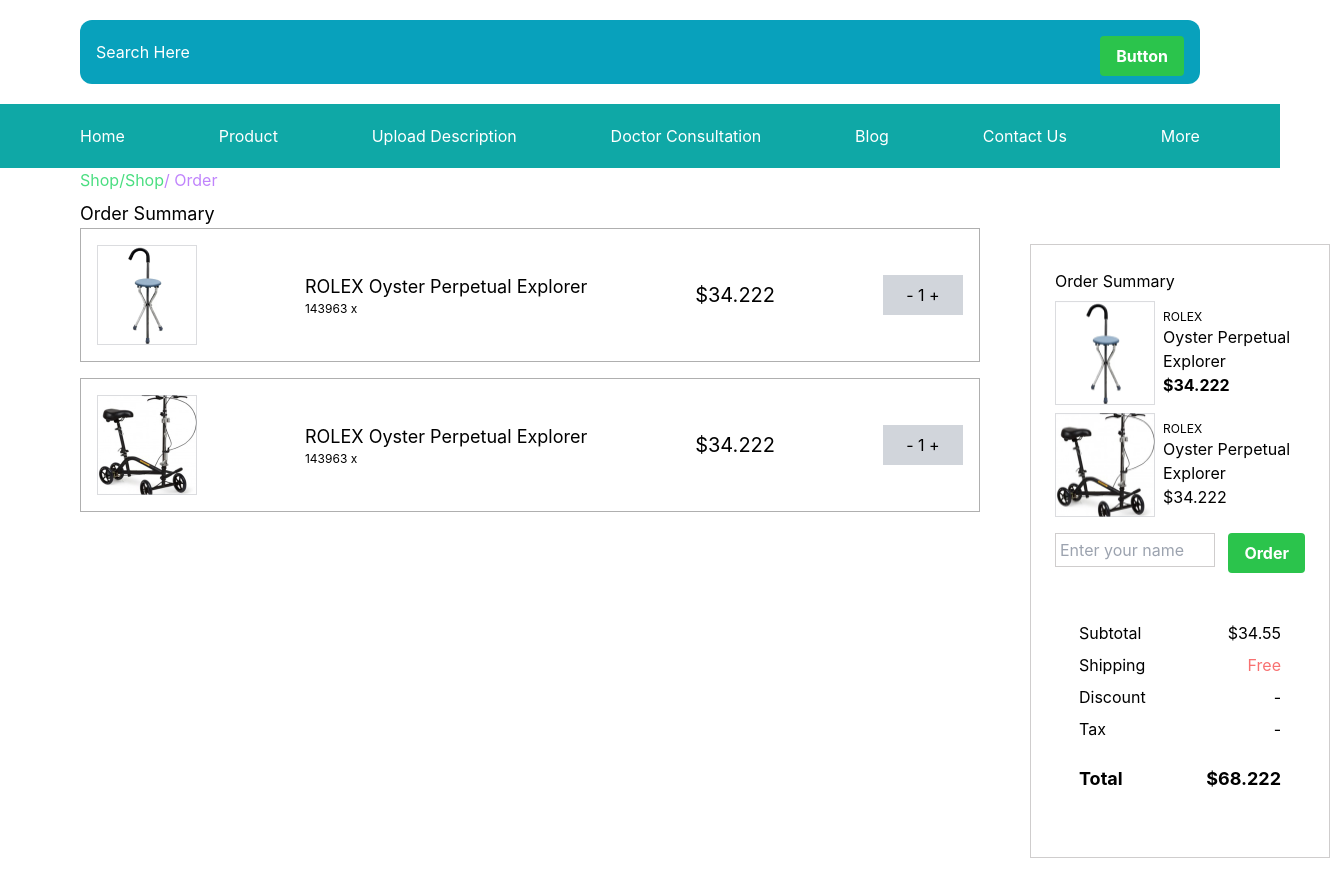
Repository: arafatmollah/pharma
Page: /
These files come from the project's save history. The page is drawn as it stood at one moment and after a run of saves; the edit follows.
The browser window is 1280 px wide. The page is 1330 px wide, so the pictures cover 1330 px, including what lies to the right of the window. The pictures show the whole page.
The project was rebuilt for these pictures with package versions that can differ from the ones it lists, and the page was loaded fresh each time.

Above is the page before, as saved 2023-03-12 23:46:59.

### src/App.js

import './App.css';
import Nav from './Nav';
import Order from './Order';

function App() {
  return (
    <div className="App">
      <Nav></Nav>
      <Order></Order>
    </div>
  );
}

export default App;

### src/App.css
.box-border{
    background-color: #08A1BC;
}
.btn {
    @apply font-bold py-2 px-4 rounded;
    background-color: #2BC44C;
    color: white;
  }
  .btn-blue {
    @apply bg-blue-500 text-white;
  }
  .btn-blue:hover {
    @apply bg-blue-700;
  }
.nav{
    background-color: #0FA8A6;
}
.order{
    border: 1px solid rgb(175, 175, 175);
    border: 100%;
}
.list{
  display: grid;
  grid-template-columns: 900px 300px;
  grid-gap: 50px;
}
.form{
  border: 1px solid rgb(207, 205, 205);
  padding: 4px;
}
lr{
  border-top: 1px sold gray;
}
.summary{
  border: 1px solid rgb(207, 205, 205);
}

### src/Nav.js
import React from 'react'
import './App.css';
import { BsSearch } from 'react-icons/fa';

function Nav() {
  return (
    <div>
        <div className='box-border h-16 w-100 p-4 mx-20 my-5 rounded-xl'>
          <div className='flex justify-between align-middle'>
                <p className='text-white mt-1'>Search Here</p>
                <button class="btn mb-1"> Button</button>
          </div>
        </div>
        <div className='box-border h-16 w-100 nav'>
            <div className='flex mx-20 items-center justify-between text-white'>
            <div className='mt-5'>Home</div>
            <div className='mt-5'> Product</div>
            <div className='mt-5'>Upload Description</div>
            <div className='mt-5'>Doctor Consultation</div>
            <div className='mt-5'>Blog</div>
            <div className='mt-5'>Contact Us</div>
            <div className='mt-5'>More</div>
            </div>
        </div>
    </div>
  )
}

export default Nav

### src/Order.js
import React from 'react'
import img from './images/img.png'
import im from './images/im.png'


function order() {
  return (
    <div>
        <div className='flex mx-20'>
            <p className='text-green-400'>Shop</p>
            <p className='text-green-400'>/Shop</p>
            <p className='text-purple-400'>/ Order</p>
        </div>
        <div className='mt-2 mx-20'>
          <h3 className='text-lg'>Order Summary</h3>
        </div>
        <div className='mx-20 list'>
          <div>
          <div className='flex border-box p-4 w-100 order justify-center items-center justify-between'>
            <div>
              <img src={img}></img>
            </div>
            <div>
              <h1 className='text-lg'>ROLEX Oyster Perpetual Explorer</h1>
              <p className='text-xs'>143963 x</p>
            </div>
            <div>
              <h3 className='text-xl'>$34.222</h3>
            </div>
            <div className='bg-gray-300 h-10 w-20 flex justify-center items-center'>
                - 1 +
              </div>
          </div>
          <div className='flex border-box p-4 order mt-4 justify-between justify-center items-center'>
            <div>
              <img src={im}></img>
            </div>
            <div>
              <h1 className='text-lg'>ROLEX Oyster Perpetual Explorer</h1>
              <p className='text-xs'>143963 x</p>
            </div>
            <div>
              <h3 className='text-xl'>$34.222</h3>
            </div>
            <div>
              <div className='bg-gray-300 h-10 w-20 flex justify-center items-center'>
                - 1 +
              </div>
            </div>
          </div>
          </div>
          <div className='summary p-6 my-4'>
            Order Summary
          <div className='flex justify-between my-2'>
            <img src={img}></img>
            <div className='mx-2 my-2'>
              <p className='text-xs'>ROLEX</p>
              <h3>Oyster Perpetual Explorer</h3>
              <p className='font-bold'>$34.222</p>
            </div>
          </div>
          <div className='flex justify-between my-2'>
            <img src={im}></img>
            <div className='m-2'>
              <p className='text-xs'>ROLEX</p>
              <h3>Oyster Perpetual Explorer</h3>
              <p>$34.222</p>
            </div>
          </div>
          <div className='flex justify-between mt-4'>
            <form>
              <input type={Text} className="form w-40" placeholder="Enter your name"></input>
            </form>
            <button className='btn'>Order</button>
          </div>
          <div className='my-4 p-6'>
            <div className='flex justify-between my-2'>
              <p>Subtotal</p>
              <p>$34.55</p>
            </div>
            <div className='flex justify-between'>
              <p>Shipping</p>
              <p className='text-red-400'>Free</p>
            </div>
            <div className='flex justify-between my-2'>
              <p>Discount</p>
              <p>-</p>
            </div>
            <div className='flex justify-between'>
              <p>Tax</p>
              <p>-</p>
            </div>
            <div className='flex justify-between'>
              <lr></lr>
            </div><div className='flex justify-between mt-6'>
              <p className='text-lg font-bold'>Total</p>
              <p className='text-lg font-bold'>$68.222</p>
            </div>

          </div>
        </div>
        </div>

    </div>
  )
}

export default order

Loaded but not shown: public/index.html (common file); src/index.js (common file); src/index.css (common file); src/reportWebVitals.js (common file); tailwind.config.js (common file)

After the next 3 saves:
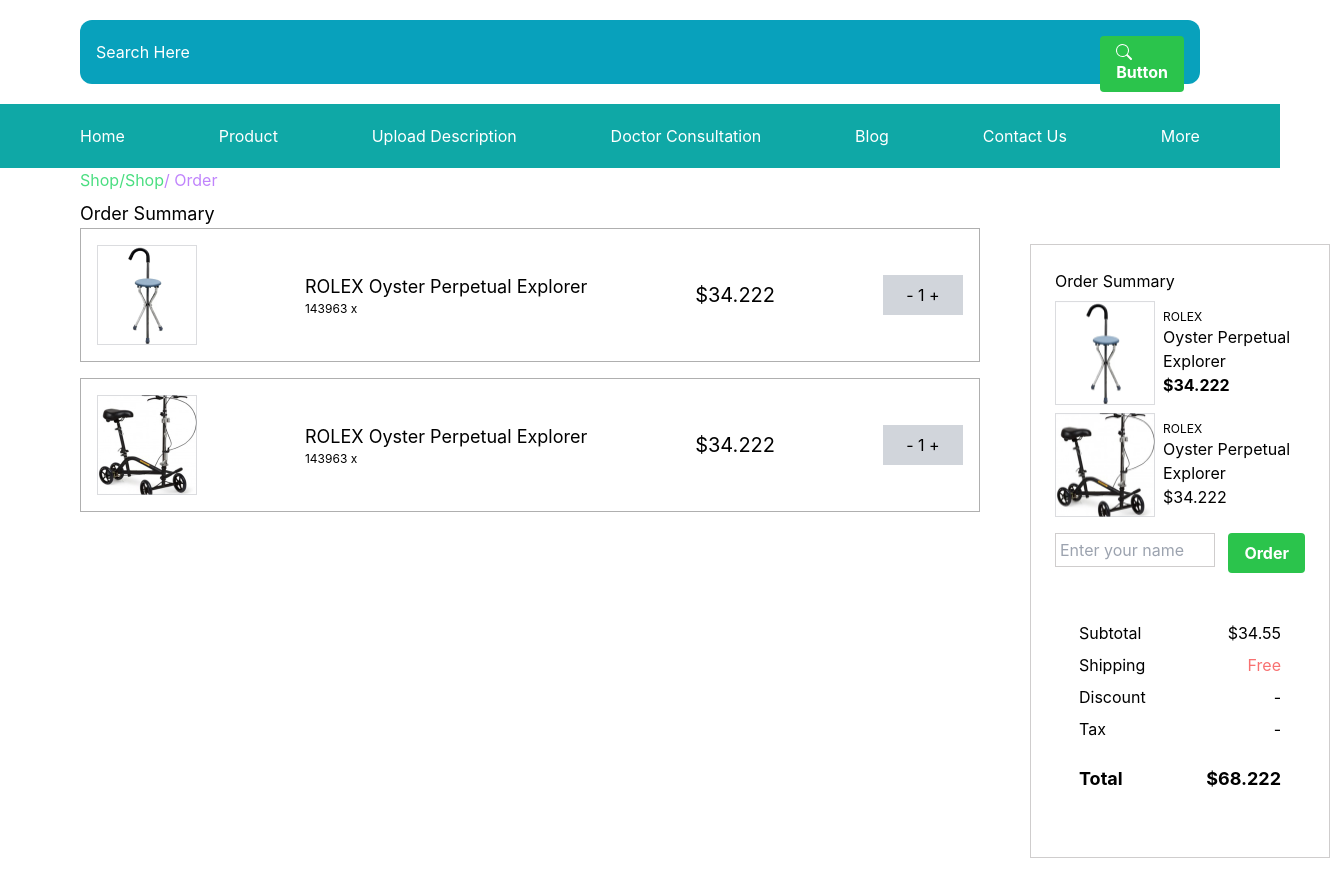
The 3 saves are shown as one change because 1 did not build or start and some came seconds apart.
The last was saved 39 s later.
--- a/src/Nav.js
+++ b/src/Nav.js
@@ -1,6 +1,6 @@
 import React from 'react'
 import './App.css';
-import { BsSearch } from 'react-icons/fa';
+import { BsSearch } from 'react-icons/bs';
 
 function Nav() {
   return (
@@ -8,7 +8,7 @@
         <div className='box-border h-16 w-100 p-4 mx-20 my-5 rounded-xl'>
           <div className='flex justify-between align-middle'>
                 <p className='text-white mt-1'>Search Here</p>
-                <button class="btn mb-1"> Button</button>
+                <button class="btn mb-1"><BsSearch></BsSearch> Button</button>
           </div>
         </div>
         <div className='box-border h-16 w-100 nav'>
